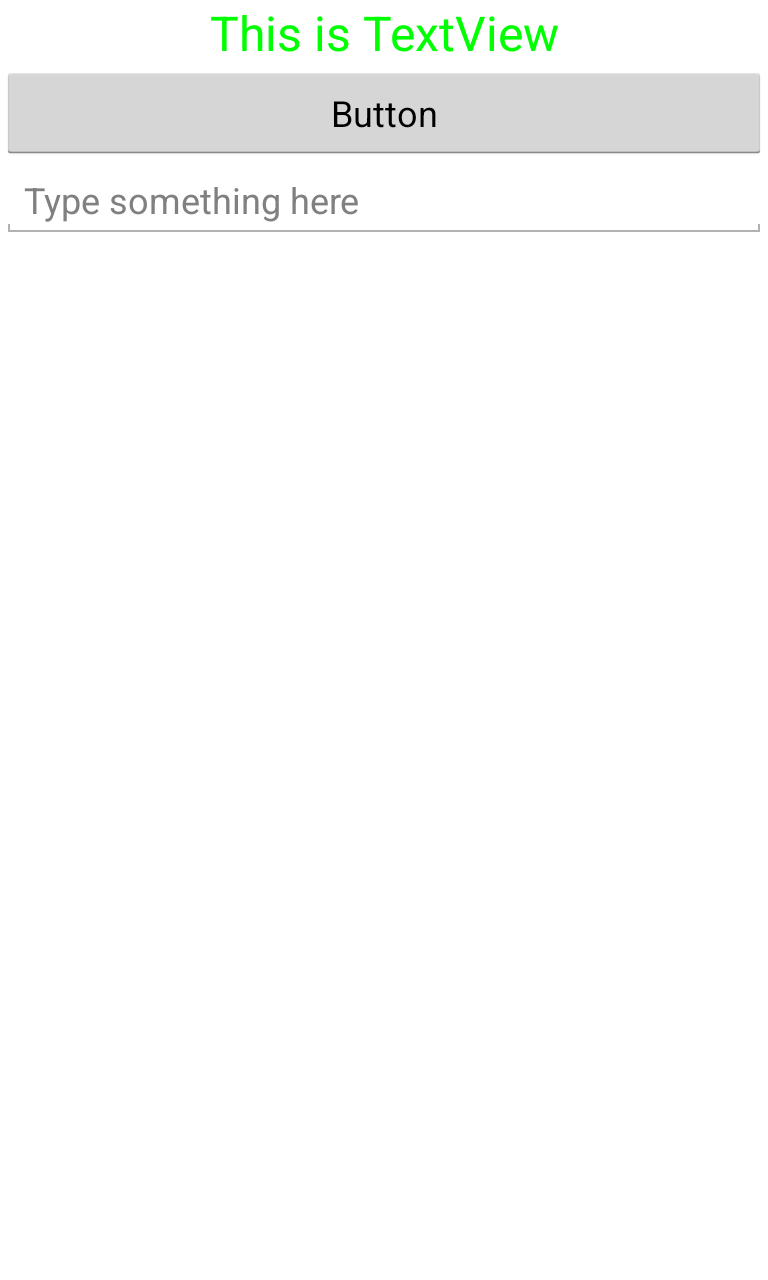
Repository: Wang-Xuan/Hello-World
Layout: UIWidgetTest/res/layout/activity_main.xml
The author's editor kept a copy of each file at every save. The layout is drawn from the files as they stood at one save, then again after the next save.
It is drawn on a 768 x 1280 px phone screen (xhdpi) without system bars, with theme AppTheme; the app's code is not run.

Above is the layout before, as saved 2014-12-07 04:28:58.

### UIWidgetTest/res/layout/activity_main.xml
<LinearLayout xmlns:android="http://schemas.android.com/apk/res/android"
    xmlns:tools="http://schemas.android.com/tools"
    android:layout_width="match_parent"
    android:layout_height="match_parent"
    android:orientation="vertical" >

    <TextView
        android:id="@+id/text_view"
        android:layout_width="match_parent"
        android:layout_height="wrap_content"
        android:gravity="center"
        android:textSize="24sp"
        android:textColor="#00ff00"
        android:text="This is TextView" />

    <Button
        android:id="@+id/button"
        android:layout_width="match_parent"
        android:layout_height="wrap_content"
        android:text="Button" />

    <EditText
        android:id="@+id/edit_text"
        android:layout_width="match_parent"
        android:layout_height="wrap_content"
        android:hint="Type something here"
        android:maxLines="2" />

</LinearLayout>

Loaded but not shown: UIWidgetTest/res/values/styles.xml (common file); UIWidgetTest/res/values-v11/styles.xml (common file); UIWidgetTest/res/values-v14/styles.xml (common file)

After the next save:
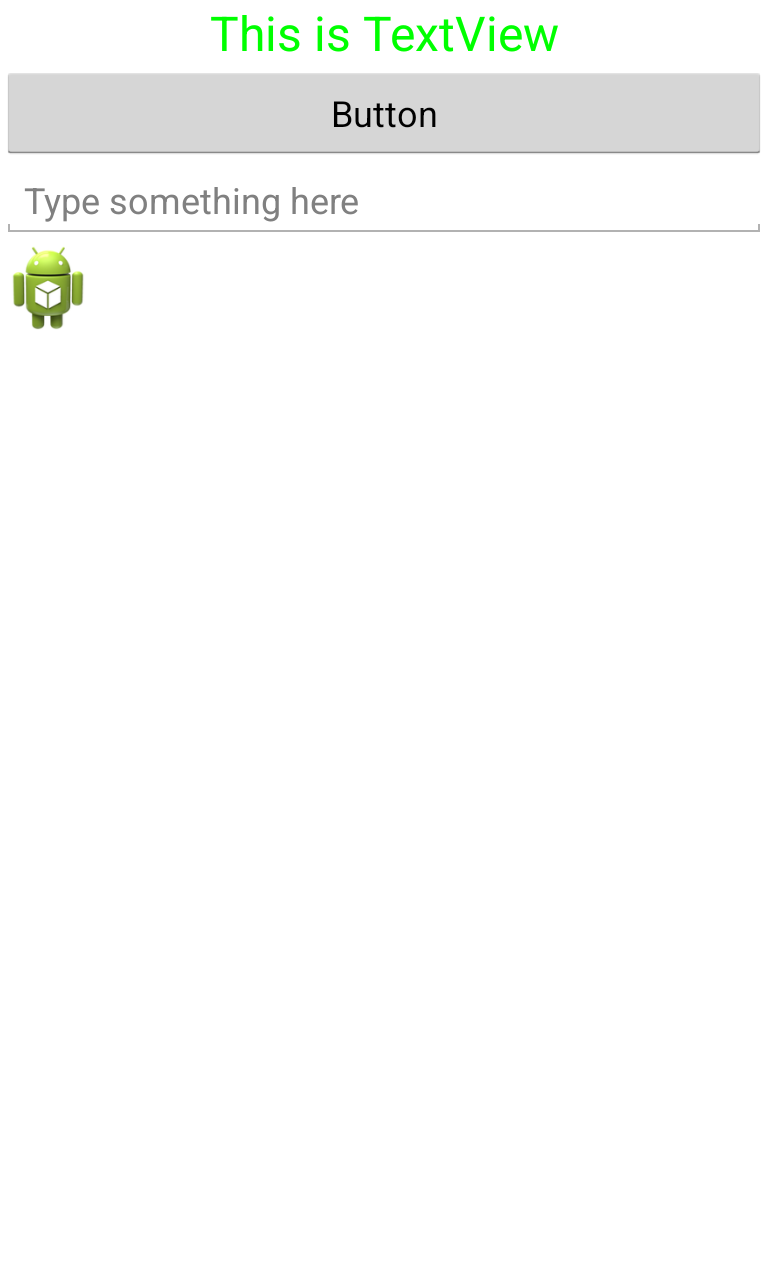
Saved 2 min 3 s later.
--- a/UIWidgetTest/res/layout/activity_main.xml
+++ b/UIWidgetTest/res/layout/activity_main.xml
@@ -26,4 +26,10 @@
         android:hint="Type something here"
         android:maxLines="2" />
 
+    <ImageView
+        android:id="@+id/image_view"
+        android:layout_width="wrap_content"
+        android:layout_height="wrap_content"
+        android:src="@drawable/ic_launcher" />
+
 </LinearLayout>
